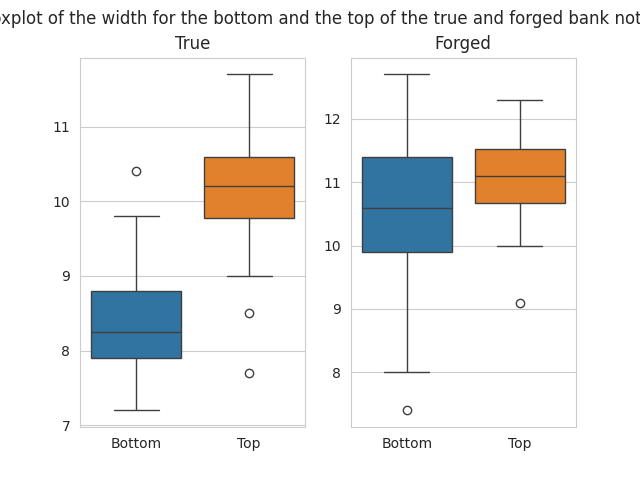
Repository: Kristina-Pianykh/DataScience
Script's output: python Uebungsblatt3/aufgabe2_b.py
The author's editor kept a copy of each file at every save. The script's output is drawn from the files as they stood at one save, then again after a run of saves.
Random numbers start from a fixed seed.

Above is the script's output before, as saved 2022-06-10 00:40:54.

After the next 3 saves:
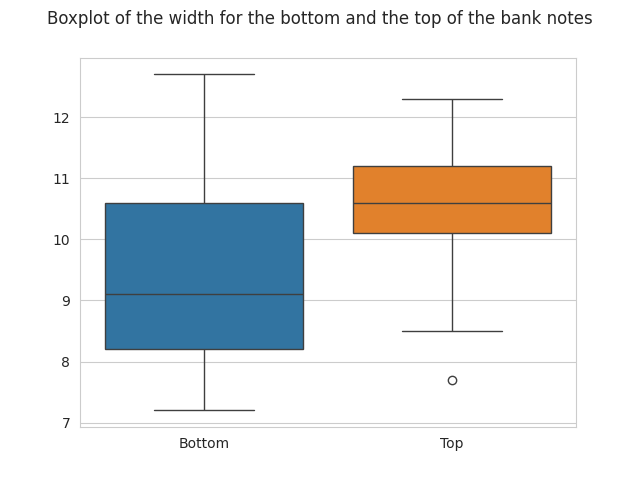
The 3 saves are shown as one change because 1 did not build or start and some came seconds apart.
The last was saved 73 s later.
--- a/Uebungsblatt3/aufgabe2_b.py
+++ b/Uebungsblatt3/aufgabe2_b.py
@@ -80,7 +80,7 @@ def auf2b_i(data: pd.DataFrame):
     sns.set_style("whitegrid")
     fig, axes = plt.subplots(1, 1, sharex=True)
     fig.suptitle('Boxplot of the width for the bottom and the top of the bank notes')
-    sns.boxplot(ax=axes[0], data=data[["Bottom", "Top"]])
+    sns.boxplot(ax=axes, data=data[["Bottom", "Top"]])
     plt.savefig("A2b_boxplot.png")
     plt.show()
 
@@ -92,6 +92,7 @@ def auf2b_i(data: pd.DataFrame):
 def main():
     file = Path("banknote.dat")
     data = read_values(file)
-    auf2b_ii(data)
+    # auf2b_ii(data)
+    auf2b_i(data)
 
 main()
